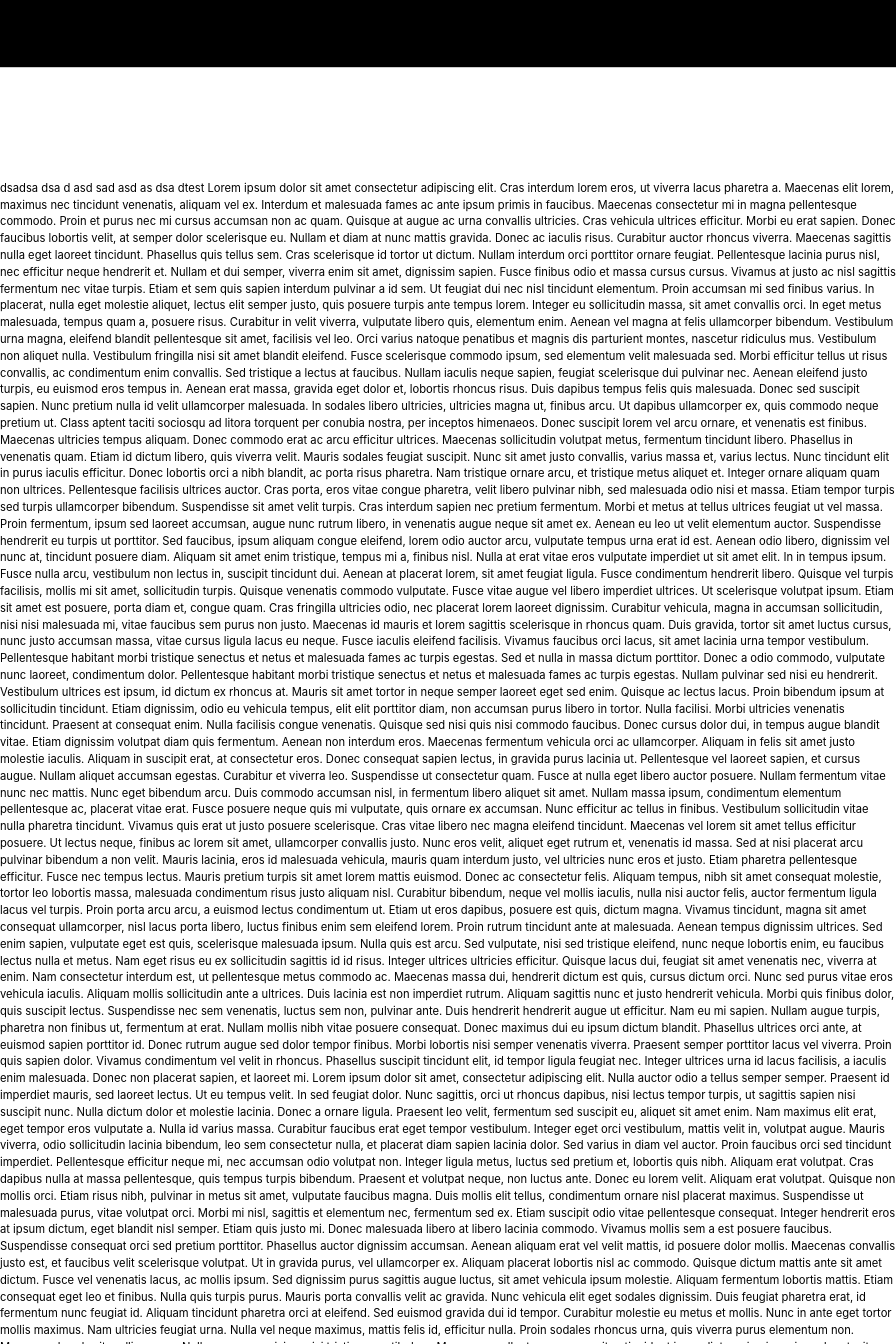
Repository: aglide100/DS-LandingPage
Page: / (app in ui/)
These files come from the project's save history. The page is drawn as it stood at one moment and after the next save; the edit follows.
The browser window is 1280 px wide. The pictures show the part of the page from y = 0 to 1920 px (the page is 4288 px tall before and 20256 px after), at 70% of full size.
Some web fonts or font styles are not loaded; a fallback is used. The project was rebuilt for these pictures with package versions that can differ from the ones it lists, and the page was loaded fresh each time. The framework's server and built-in components were replaced by stand-ins that run in the browser. Also part of the build but not shown: ui/next.config.js, ui/src/components/Section/Section.stories.tsx.

Above is the page before, as saved 2021-06-21 09:32:11.

After the next save:
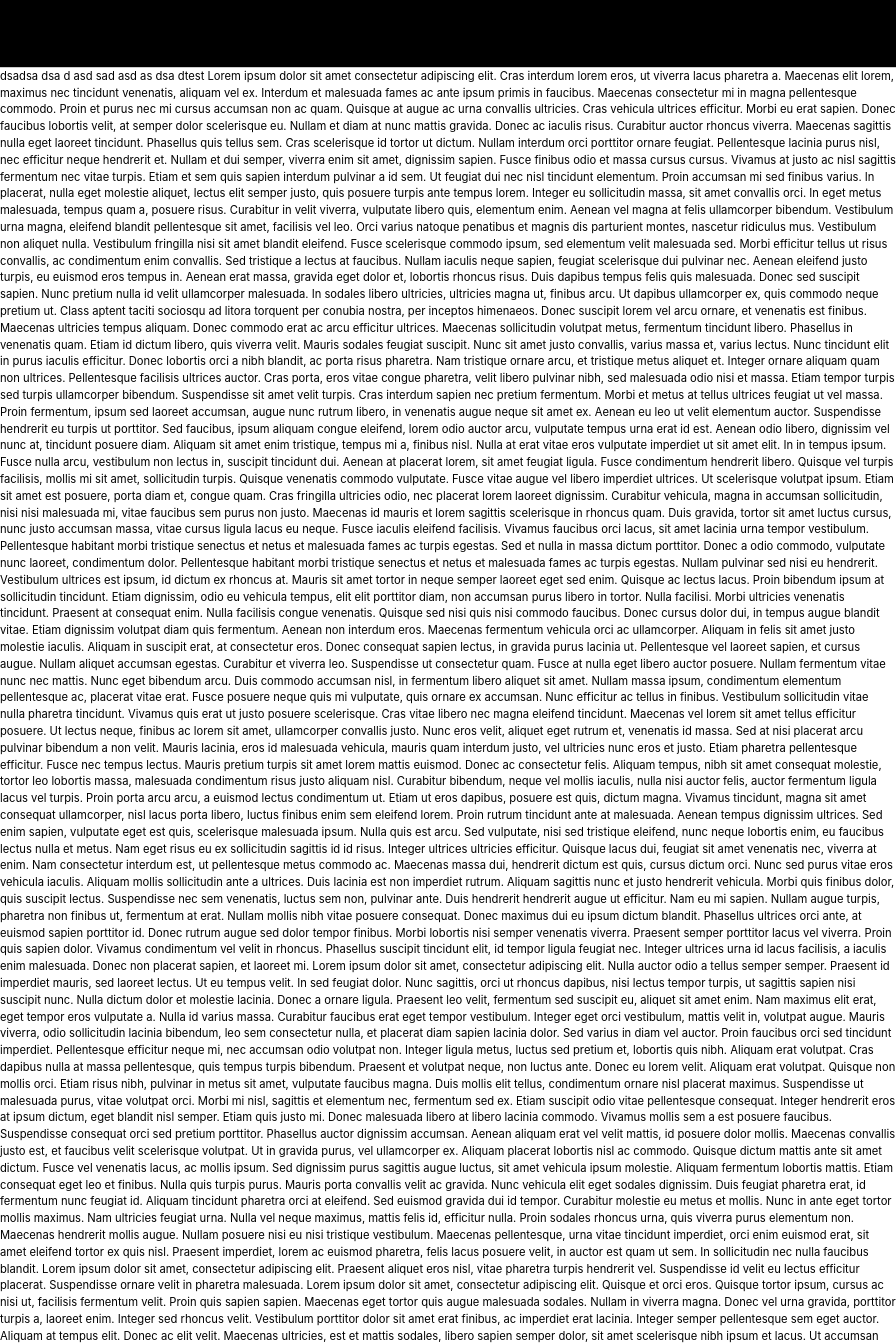
Saved 2 min 4 s later.
--- a/ui/pages/index.tsx
+++ b/ui/pages/index.tsx
@@ -9,7 +9,14 @@ export default function Home() {
 
   return (
     <div>
-      <div className="h-40"></div>
+      <Section article={sectionArticle}></Section>
+      <br />
+      <Section article={sectionArticle}></Section>
+      <br />
+      <Section article={sectionArticle}></Section>
+      <br />
+      <Section article={sectionArticle}></Section>
+      <br />
       <Section article={sectionArticle}></Section>
     </div>
   );
